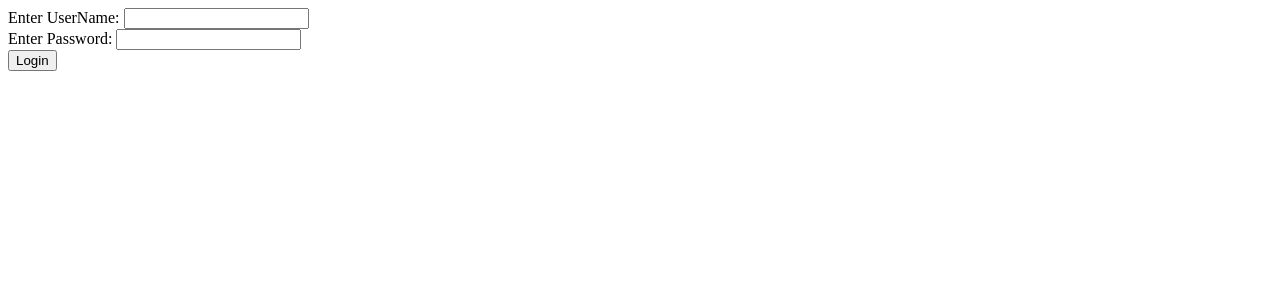
Repository: KartikMuchakandimath/Flyaway
Page: http://localhost/FlayAway/adminlogin.jsp
The author's editor kept a copy of each file at every save. The page is drawn from the files as they stood at one save, then again after the next save.
The browser window is 1280 px wide. The pictures show the whole page.
The page is served by Tomcat 9. Other server files are loaded and not shown.

Above is the page before, as saved 2022-04-22 21:06:42.

### FlayAway/src/main/webapp/adminlogin.jsp
<%@ page language="java" contentType="text/html; charset=ISO-8859-1"
    pageEncoding="ISO-8859-1"%>
<!DOCTYPE html>
<html>
<head>
<meta charset="ISO-8859-1">
<title>Admin Login</title>
</head>
<body>

	<form action="AdminloginServlet" method="post">
		Enter UserName: <input type=" email"  name="email" required="required"><br>
Enter Password: <input type=" password"  name="password" required="required"><br>
		<button type="submit">Login</button>
	</form>

</body>
</html>

After the next save:
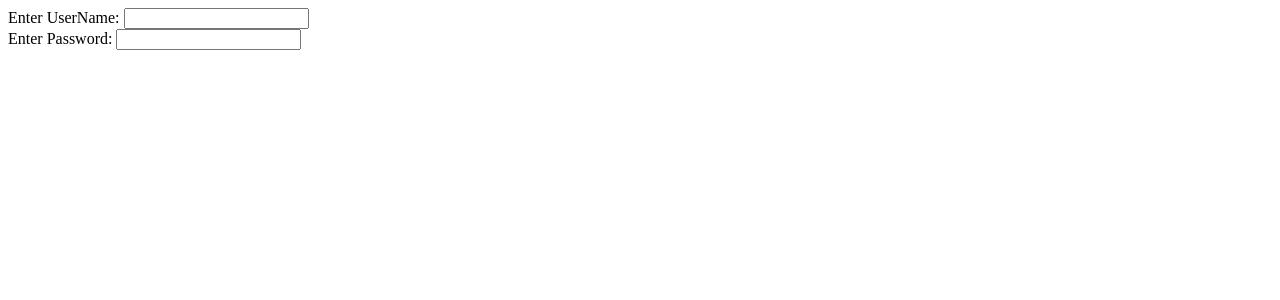
Saved 32 s later.
--- a/FlayAway/src/main/webapp/adminlogin.jsp
+++ b/FlayAway/src/main/webapp/adminlogin.jsp
@@ -4,15 +4,10 @@
 <html>
 <head>
 <meta charset="ISO-8859-1">
-<title>Admin Login</title>
+<title>Insert title here</title>
 </head>
 <body>
-
-	<form action="AdminloginServlet" method="post">
-		Enter UserName: <input type=" email"  name="email" required="required"><br>
+Enter UserName: <input type=" email"  name="email" required="required"><br>
 Enter Password: <input type=" password"  name="password" required="required"><br>
-		<button type="submit">Login</button>
-	</form>
-
 </body>
 </html>

After the save that followed:
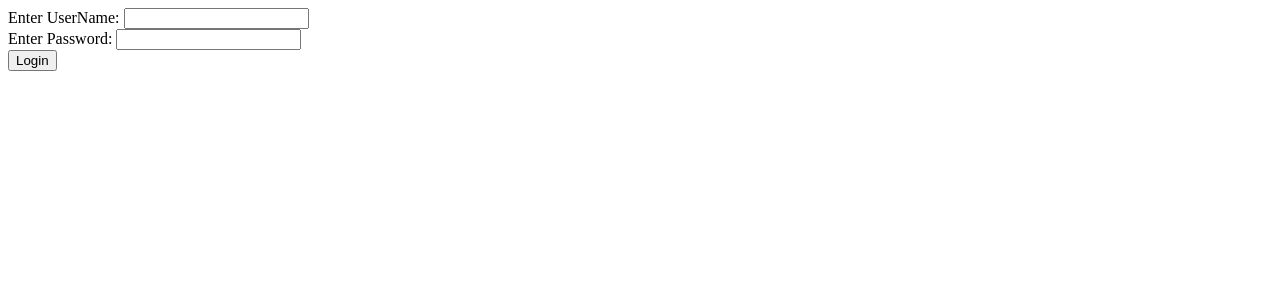
Saved 24 s later.
--- a/FlayAway/src/main/webapp/adminlogin.jsp
+++ b/FlayAway/src/main/webapp/adminlogin.jsp
@@ -9,5 +9,6 @@
 <body>
 Enter UserName: <input type=" email"  name="email" required="required"><br>
 Enter Password: <input type=" password"  name="password" required="required"><br>
+<button type="submit">Login</button>
 </body>
 </html>
